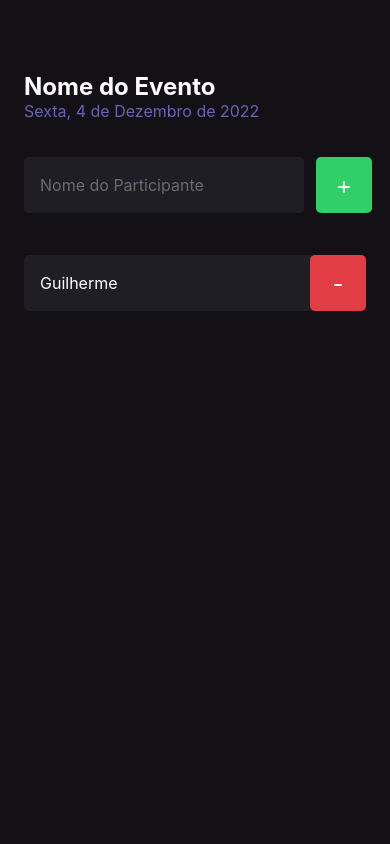
Repository: guilhermecardoso93/reactNative-ignite-imhere
Screen: /
An editor plug-in stored every save of this project. The screen is shown before and after the next save, followed by the edit.
The app was drawn by React Native's web renderer in a window 390 px wide. The project was rebuilt for these pictures with package versions that can differ from the ones it lists, and the page was loaded fresh each time.

Above is the screen before, as saved 2022-10-03 19:47:53.

After the next save:
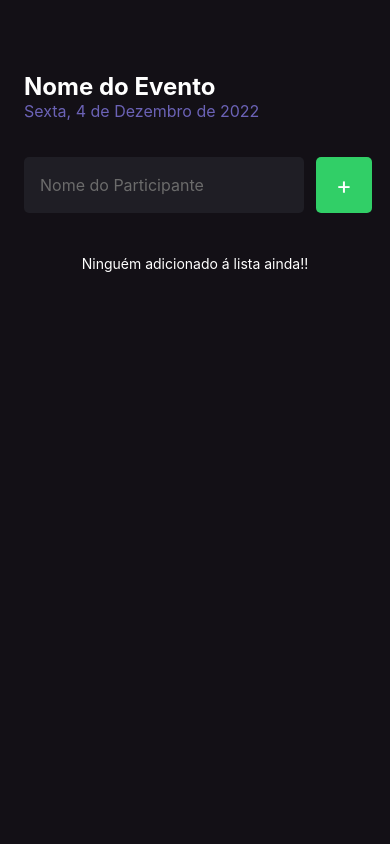
Saved 41 min 29 s later.
--- a/src/screens/Home/index.tsx
+++ b/src/screens/Home/index.tsx
@@ -12,7 +12,8 @@ import { Participant } from "../../components/Participant";
 import { styles } from "./styles";
 
 export default function Home() {
-  const [participants, setParticipants ] = useState(['Guilherme'])
+  const [participants, setParticipants] = useState<string[]>([]);
+  const [participantName, setParticipantName] = useState([""])
 
   function handleAddPArticipant() {
     if (participants.includes("Rodrigo")) {
@@ -21,8 +22,7 @@ export default function Home() {
         "Participante já cadastrado nesse evento!"
       );
 
-      setParticipants(prevState => [...prevState,'Paulo' ])
-
+      setParticipants((prevState) => [...prevState, "Paulo"]);
     }
   }
 
